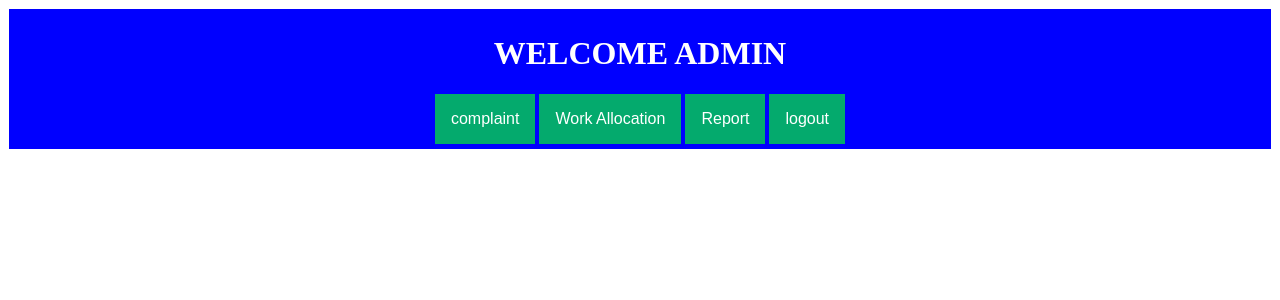
Repository: Jobinte/KSEB-PROJECT
Page: KSEB-complaint-management/WebContent/admin.html
An editor plug-in stored every save of this project. The page is shown before and after the next save, followed by the edit.
The browser window is 1280 px wide. The pictures show the whole page.

Above is the page before, as saved 2023-11-21 09:59:48.

After the next save:
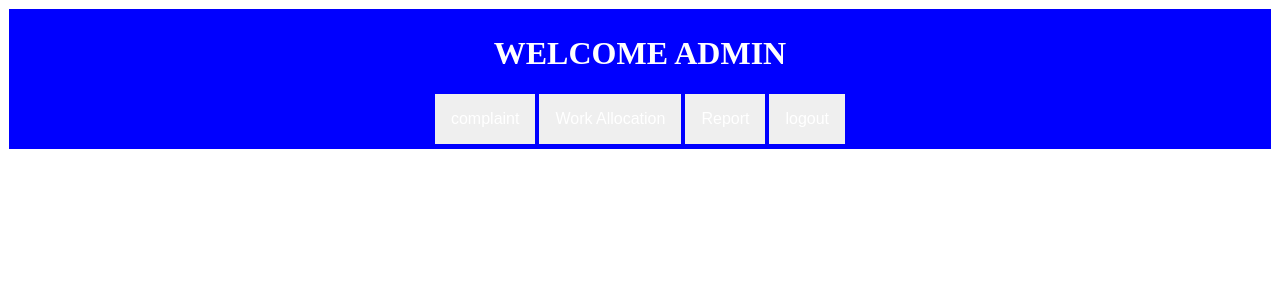
Saved 3 min 10 s later.
--- a/KSEB-complaint-management/WebContent/css/admin.css
+++ b/KSEB-complaint-management/WebContent/css/admin.css
@@ -9,7 +9,7 @@
 
 
 .dropbtn {
-	background-color: #04AA6D;
+
 	color: white;
 	padding: 16px;
 	font-size: 16px;

After the save that followed:
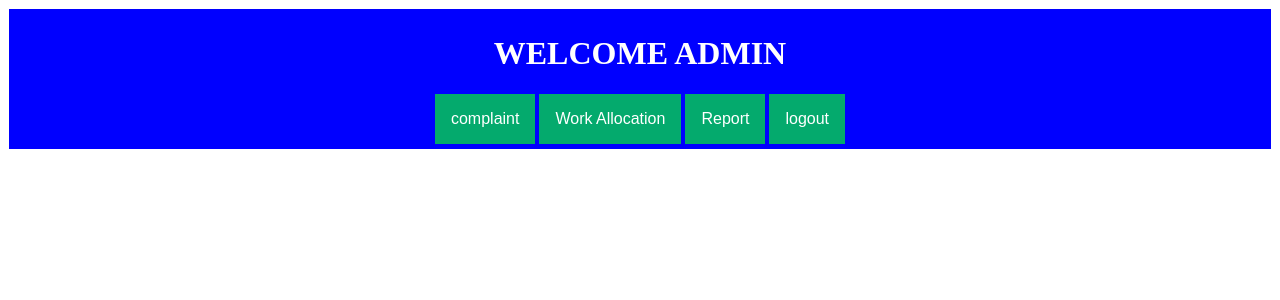
Saved 25 s later.
--- a/KSEB-complaint-management/WebContent/css/admin.css
+++ b/KSEB-complaint-management/WebContent/css/admin.css
@@ -9,7 +9,7 @@
 
 
 .dropbtn {
-
+	background-color: #04AA6D;
 	color: white;
 	padding: 16px;
 	font-size: 16px;
